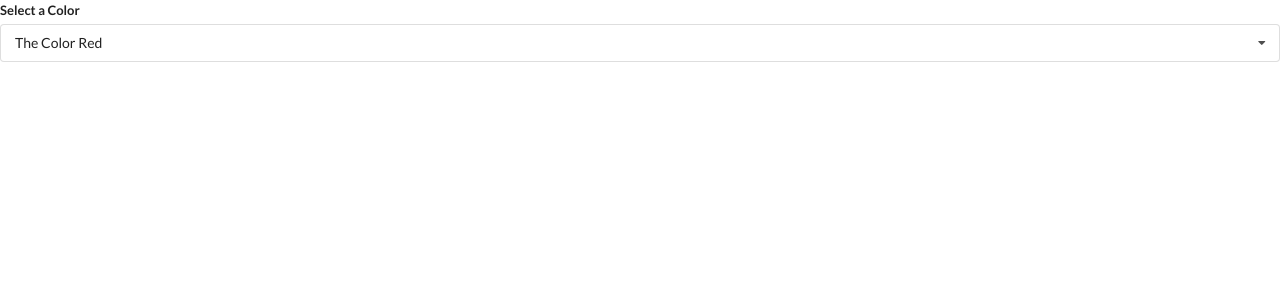
Repository: EgorSherstnev/widgets
Page: /
An editor plug-in stored every save of this project. The page is shown before and after the next save, followed by the edit.
The browser window is 1280 px wide. The pictures show the whole page.
Some web libraries are served in a nearby version. The project was rebuilt for these pictures with package versions that can differ from the ones it lists, and the page was loaded fresh each time. Also part of the build but not shown: src/components/Accordion.js, src/components/Search.js.

Above is the page before, as saved 2022-11-05 22:03:51.

After the next save:
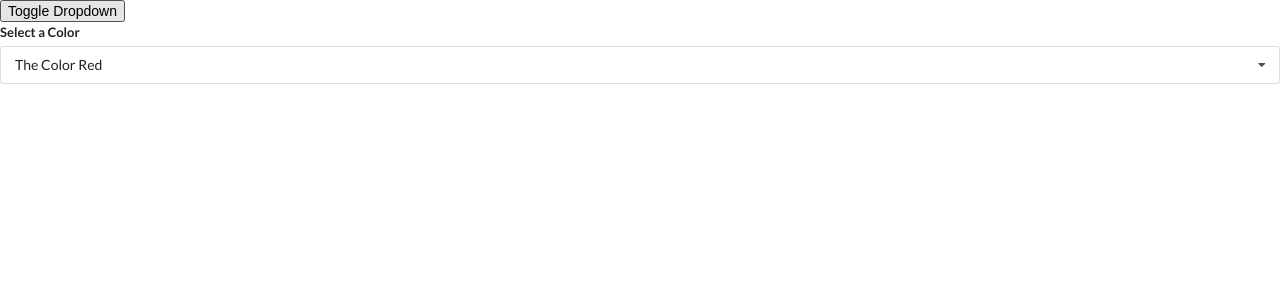
Saved 3 min 16 s later.
--- a/src/App.js
+++ b/src/App.js
@@ -39,6 +39,8 @@
 
     return (
         <div>
+            <button onClick={() => setShowDropdown(!showDropdown)}>Toggle Dropdown</button>
+
             <Dropdown
                 selected={selected}
                 onSelectedChange={setSelected}
